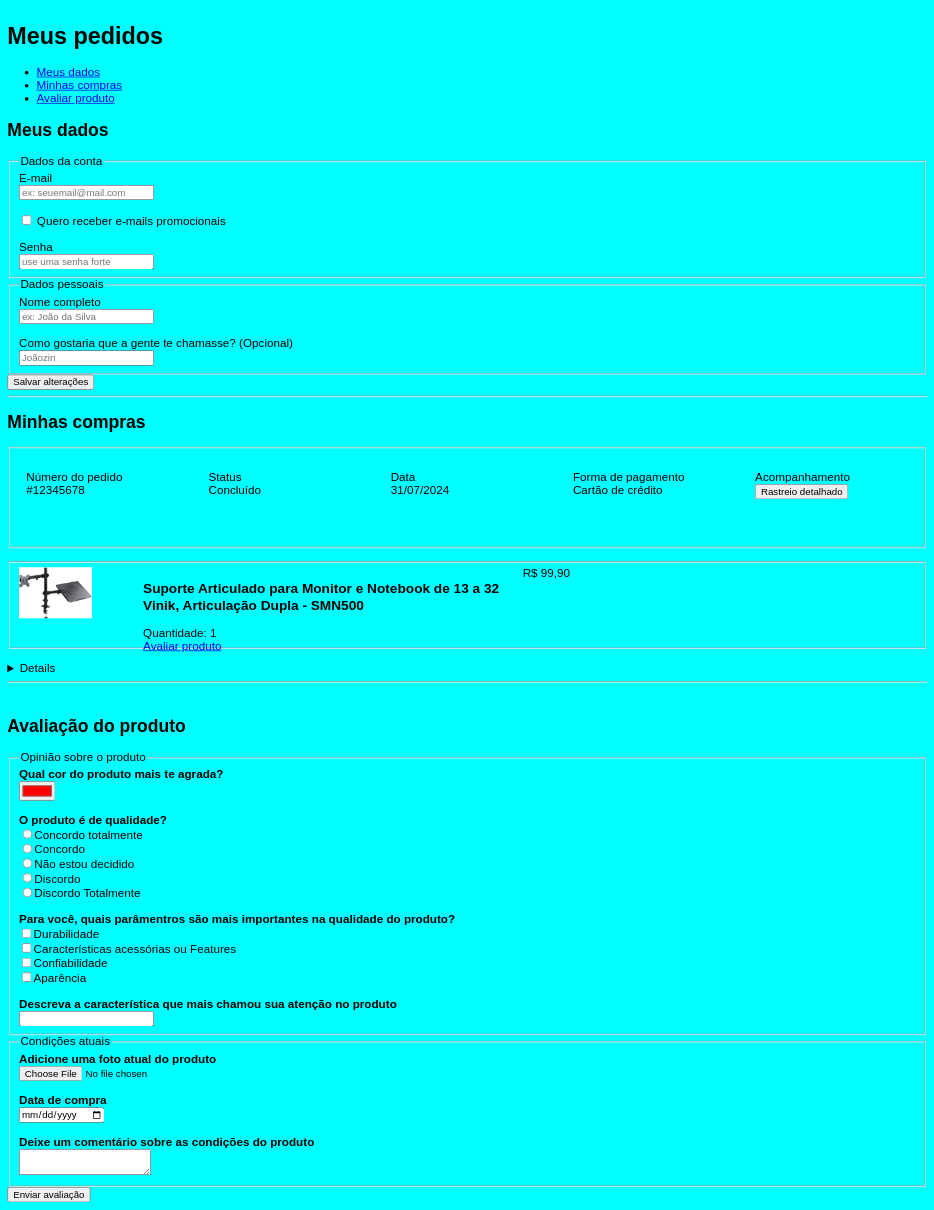
Repository: claudemir-camargo/site-compras
Page: index.html
These files come from the project's save history. The page is drawn as it stood at one moment and after the next save; the edit follows.
The browser window is 1280 px wide. The pictures show the whole page, at 73% of full size.

Above is the page before, as saved 2024-03-04 01:15:50.

After the next save:
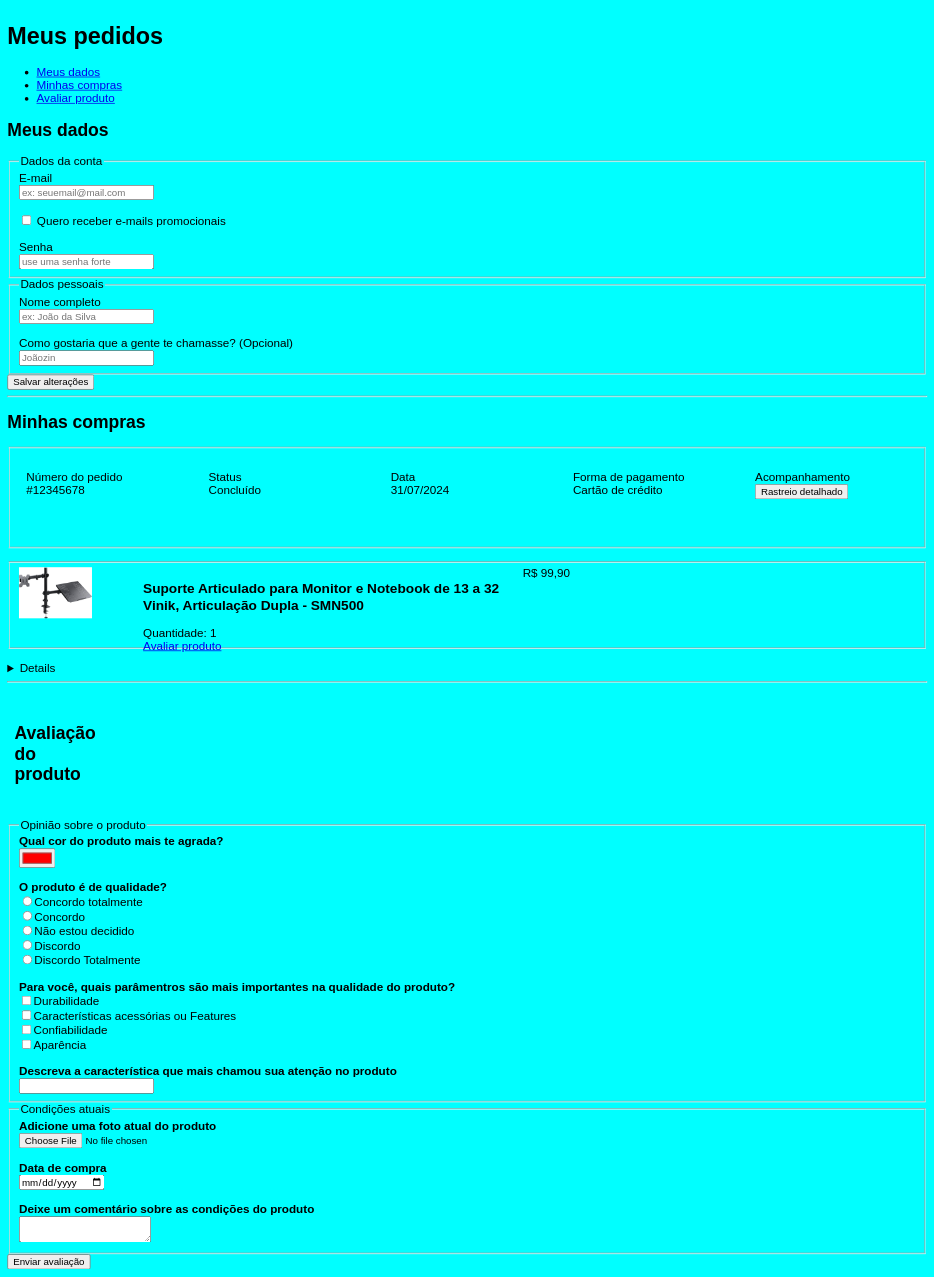
Saved 42 s later.
--- a/css/style.css
+++ b/css/style.css
@@ -31,7 +31,7 @@ body{
     gap: 20px;
 }
 
-#imagem {
+#imagem, #produto, #avaliacao-produto {
     flex: 1;
     width: 100px;
     height: 100px;

After the save that followed:
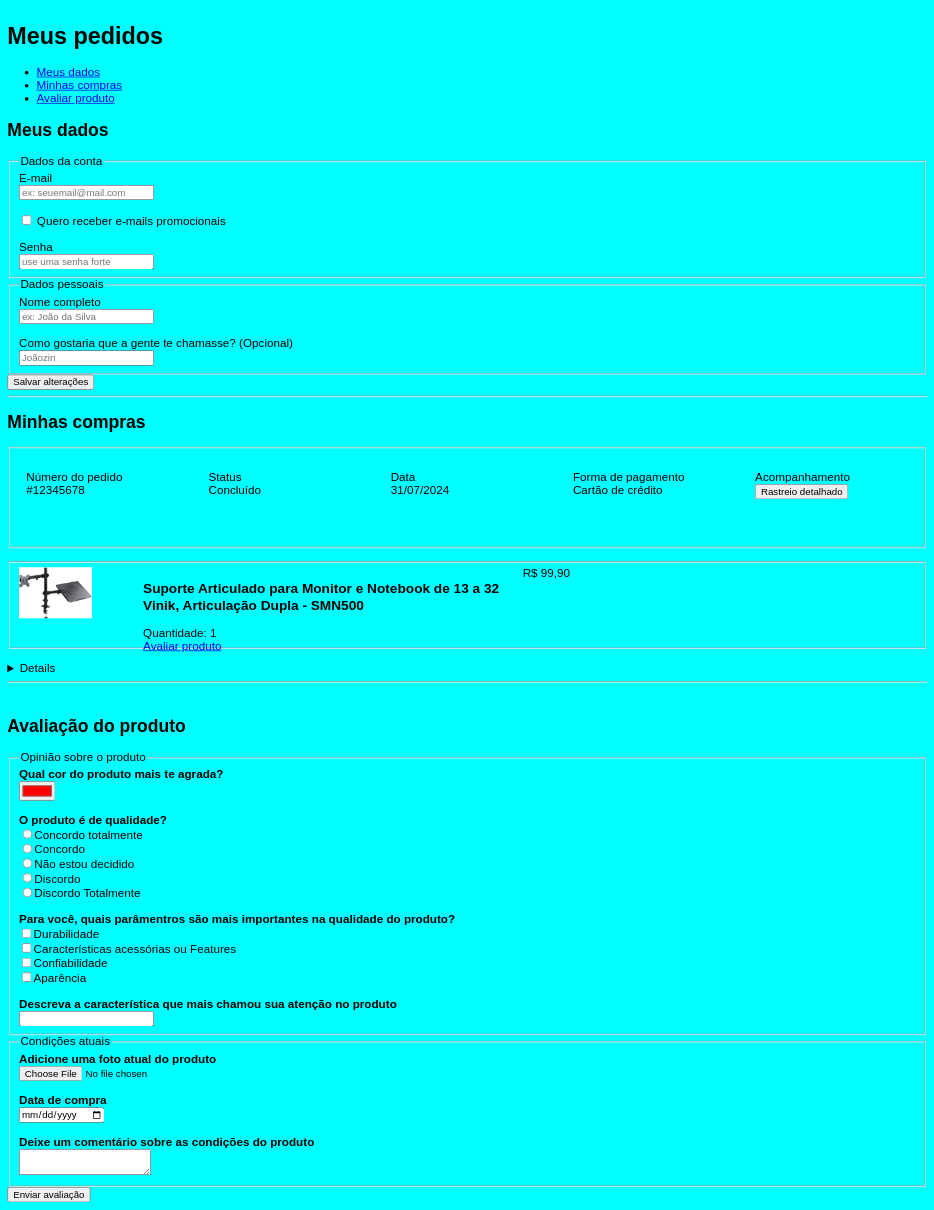
Saved 66 s later.
--- a/css/style.css
+++ b/css/style.css
@@ -31,7 +31,7 @@ body{
     gap: 20px;
 }
 
-#imagem, #produto, #avaliacao-produto {
+#imagem, #produto {
     flex: 1;
     width: 100px;
     height: 100px;
